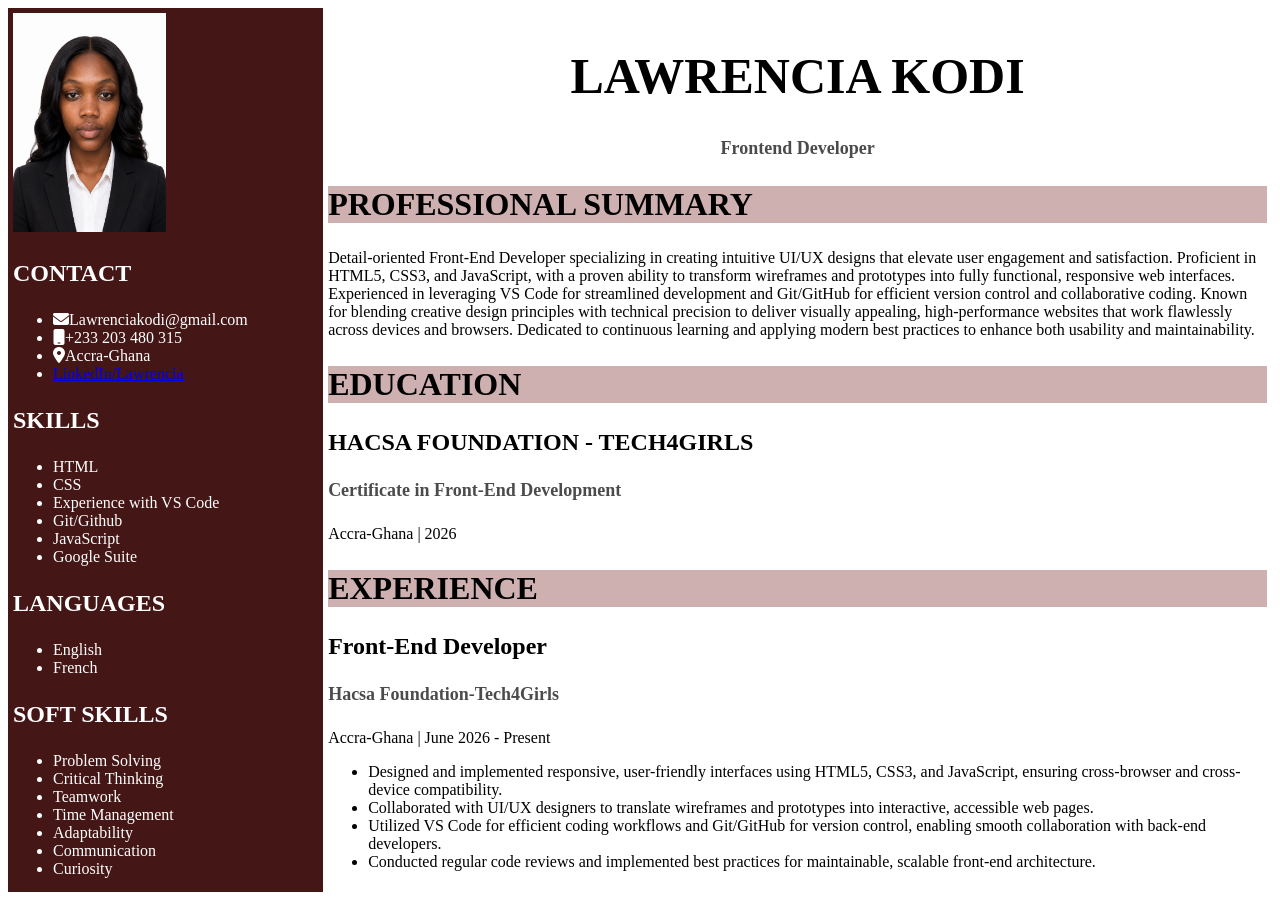
Repository: lawrencia-coder/T4G_CV
Page: index.html
The author's editor kept a copy of each file at every save. The page is drawn from the files as they stood at one save, then again after a run of saves.
The browser window is 1280 px wide. The pictures show the whole page.
Some icons come from a web library that is not loaded, so they are not drawn. Some web libraries are served in a nearby version.

Above is the page before, as saved 2026-07-15 08:12:21.

After the next 2 saves:
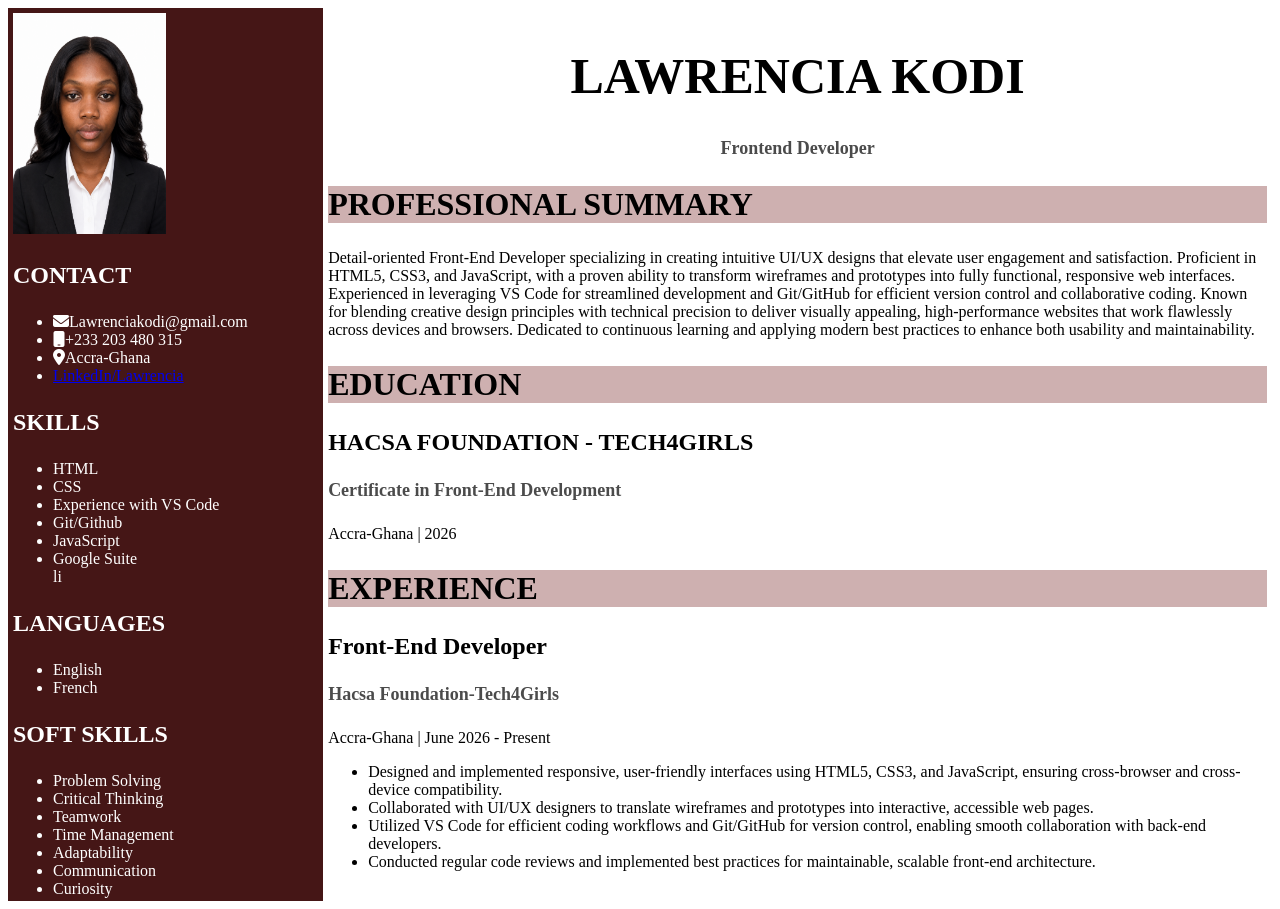
The 2 saves are shown as one change because they came seconds apart.
The last was saved 26 s later.
--- a/index.html
+++ b/index.html
@@ -30,6 +30,7 @@
                     <li>Git/Github</li>
                     <li>JavaScript</li>
                     <li>Google Suite</li>
+                    li
                 </ul>
              </p>
 
